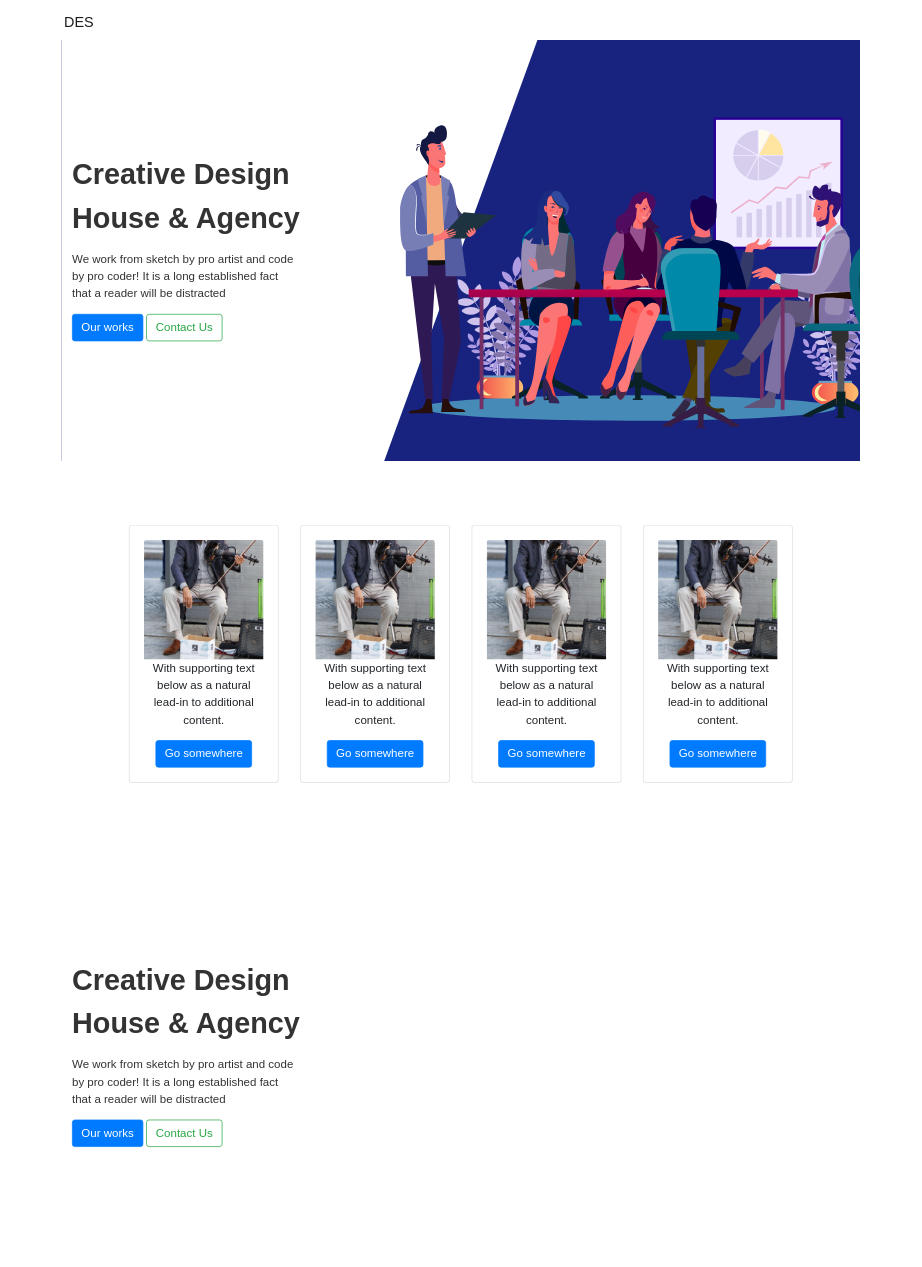
Repository: stephenkayade/Tarm
Page: index.html
The author's editor kept a copy of each file at every save. The page is drawn from the files as they stood at one save, then again after the next save.
The browser window is 1280 px wide. The pictures show the whole page, at 72% of full size.

Above is the page before, as saved 2020-05-07 12:16:16.

### index.html
<!DOCTYPE html>
<html lang="en">

<head>
    <meta charset="UTF-8">
    <meta name="viewport" content="width=device-width, initial-scale=1.0">
    <link rel="stylesheet" href="https://stackpath.bootstrapcdn.com/bootstrap/4.4.1/css/bootstrap.min.css"
        integrity="sha384-Vkoo8x4CGsO3+Hhxv8T/Q5PaXtkKtu6ug5TOeNV6gBiFeWPGFN9MuhOf23Q9Ifjh" crossorigin="anonymous">
    <script src="https://code.jquery.com/jquery-3.4.1.slim.min.js"
        integrity="sha384-J6qa4849blE2+poT4WnyKhv5vZF5SrPo0iEjwBvKU7imGFAV0wwj1yYfoRSJoZ+n"
        crossorigin="anonymous"></script>

    <script src="https://stackpath.bootstrapcdn.com/bootstrap/4.4.1/js/bootstrap.min.js"
        integrity="sha384-wfSDF2E50Y2D1uUdj0O3uMBJnjuUD4Ih7YwaYd1iqfktj0Uod8GCExl3Og8ifwB6"
        crossorigin="anonymous"></script>
    <link rel="stylesheet" href="https://stackpath.bootstrapcdn.com/font-awesome/4.7.0/css/font-awesome.min.css">
    <link rel="stylesheet" href="css/style.css">
    <title>Document</title>
</head>

<body>
    <div class="container">

        <section id="nav-bar">
            <nav class="navbar navbar-expand-lg navbar-light">
                <!-- <h1>DES</h1> -->
                <h1><a class="navbar-brand ml-1" href="#">DES</a></h1>
                <button class="navbar-toggler" type="button" data-toggle="collapse" data-target="#navbarNav"
                    aria-controls="navbarNav" aria-expanded="false" aria-label="Toggle navigation">
                    <i class="fa fa-bars"></i>
                </button>

                <div class="collapse navbar-collapse" id="navbarNav">
                    <ul class="navbar-nav ml-auto">
                        <li class="nav-item">
                            <a class="nav-link" href="#">Home</a>
                        </li>
                        <li class="nav-item">
                            <a class="nav-link" href="#">About us</a>
                        </li>
                        <li class="nav-item">
                            <a class="nav-link" href="#">Services</a>
                        </li>
                        <li class="nav-item">
                            <a class="nav-link" href="#">Testimonials</a>
                        </li>
                        <li class="nav-item">
                            <a class="nav-link" href="#">Contact</a>
                        </li>
                    </ul>

                </div>
            </nav>

        </section>

        <!---------------------------banner---------------------------->
        <section id="banner">
            <div class="container">
                <div class="row">
                    <div class="col-md-6">
                        <p class="promo-title">Creative Design <br>House & Agency</p>
                        <p>We work from sketch by pro artist and code <br>
                            by pro coder! It is a long established fact <br>
                            that a reader will be distracted</p>
                        <div class="btn-control">
                            <div class="btn btn-primary">Our works</div>
                            <div class="btn btn-outline-success">Contact Us</div>
                        </div>
                    </div>

                </div>
            </div>
        </section>

        <section id="img">
            <div class="row">
                <div class="col-md-auto">
                    <div class="card text-center" style="width: 13rem;">
                        <div class="card-body">
                            <img src="./img/man-street-sitting-hat-2995066.jpg" class="card-img-top" alt="...">

                            <p class="card-text">With supporting text below as a natural lead-in to additional content.</p>
                            <a href="#" class="btn btn-primary">Go somewhere</a>
                        </div>
                    </div>
                </div>
                <div class="col-md-auto">
                    <div class="card text-center" style="width: 13rem;">
                        <div class="card-body">
                            <img src="./img/man-street-sitting-hat-2995066.jpg" class="card-img-top" alt="...">

                            <p class="card-text">With supporting text below as a natural lead-in to additional content.</p>
                            <a href="#" class="btn btn-primary">Go somewhere</a>
                        </div>
                    </div>
                </div>
                <div class="col-md-auto">
                    <!-- <div class="card" style="width: 12rem;">
                        <img src="./img/man-street-sitting-hat-2995066.jpg" class="card-img-top" alt="...">
                        <span class="card-img-top"><i class="fas fa-folder-open"></i></span>
                        <div class="card-body">
                            <h5 class="card-title text-center">Card title</h5>
                            <p class="card-text text-center">Lorem ipsum dolor sit amet consectetur, adipisicing elit. Eligendi, nisi!</p>
                            <a href="#" class="btn btn-primary ">Learn More</a>
                        </div>
                    </div> -->

                    <div class="card text-center" style="width: 13rem;">
                        <div class="card-body">
                            <img src="./img/man-street-sitting-hat-2995066.jpg" class="card-img-top" alt="...">

                            <p class="card-text">With supporting text below as a natural lead-in to additional content.</p>
                            <a href="#" class="btn btn-primary">Go somewhere</a>
                        </div>
                    </div>
                </div>
                <div class="col-md-auto">
                    <div class="card text-center" style="width: 13rem;">
                        <div class="card-body">
                            <img src="./img/man-street-sitting-hat-2995066.jpg" class="card-img-top" alt="...">

                            <p class="card-text">With supporting text below as a natural lead-in to additional content.</p>
                            <a href="#" class="btn btn-primary">Go somewhere</a>
                        </div>
                    </div>
                </div>
            </div>
        </section>

        <section id="CEO">
            <div class="container">
                <div class="about-us">

                </div>
                <div class="row">
                    <div class="col-md-6">
                        <p class="promo-title">Creative Design <br>House & Agency</p>
                        <p>We work from sketch by pro artist and code <br>
                            by pro coder! It is a long established fact <br>
                            that a reader will be distracted</p>
                        <div class="btn-control">
                            <div class="btn btn-primary">Our works</div>
                            <div class="btn btn-outline-success">Contact Us</div>
                        </div>
                    </div>

                </div>
            </div>
        </section>
    </div>


</body>

</html>

### css/style.css
*{
    margin: 0;
    padding: 0;
}
body{
    font-family: sans-serif;
}
#nav-bar{
    position: sticky;
    top: 0;
    z-index: 10;
}
.navbar{
    background-image: cross-fade(to right, #fff,#17237f);
    padding: 0 !important;
}
.navbar-brand img{
    height:40px;
    padding-left: 20px;
}
.navbar-nav li{
    padding: 0 10px;

}
.navbar-nav li a{
    color: #fff !important;
    font-weight: 600;
    float: right;
    text-align: left;
}
.fa-bars{
    color: #fff;
    font-size: 30px !important;
}
#img{
    display: flex;
    flex-direction: row;
    justify-content: center;
    padding: 8%
}


/* ------------banner section-------------------- */
#banner{
    background: url('/img/adj.svg') no-repeat center center/cover;
    color: #333;
    padding-top: 5%;
    padding-bottom: 15%;
}
#CEO{
    /* background: url('/img/adj.svg') no-repeat center center/cover; */
    color: #333;
    padding-top: 5%;
    padding-bottom: 15%;
}
.promo-title{
    font-size: 40px;
    font-weight: 600;
    margin-top:100px ;
}
.play-btn{
    width:45px;
    margin: 20px;
}
#banner a{
    color: #fff;
    text-decoration: none;
}
.bottom-img{
    width: 100%;
}
/* ---------------------services section---------------------- */
#services{
    padding: 80px 0;
}
.service-img{
    width: 140px;
    margin-top: 20px;
}
.services{
    padding: 20px;
}
.services h4{
    padding: 5px;
    margin-top: 25px;
    text-transform: uppercase;
}
.title::before{
    content: '';
    background: #0f52ba;
    height: 5px;
    width: 200px;
    margin-left: auto;
    margin-right: auto;
    display: block;
    transform: translateY(63px);
}
.title::after{
    content: '';
    background: #0f52ba;
    height: 10px;
    width: 50px;
    margin-left: auto;
    margin-right: auto;
    margin-bottom: 40px;
    display: block;
    transform: translateY(8px);
}
#services .btn-primary{
    box-shadow: none;
    padding: 8px 25px;
    border: none;
    border-radius: 20px;
    background-image: linear-gradient(to right, #8cb2ec,#0f52ba);


}

After the next save:
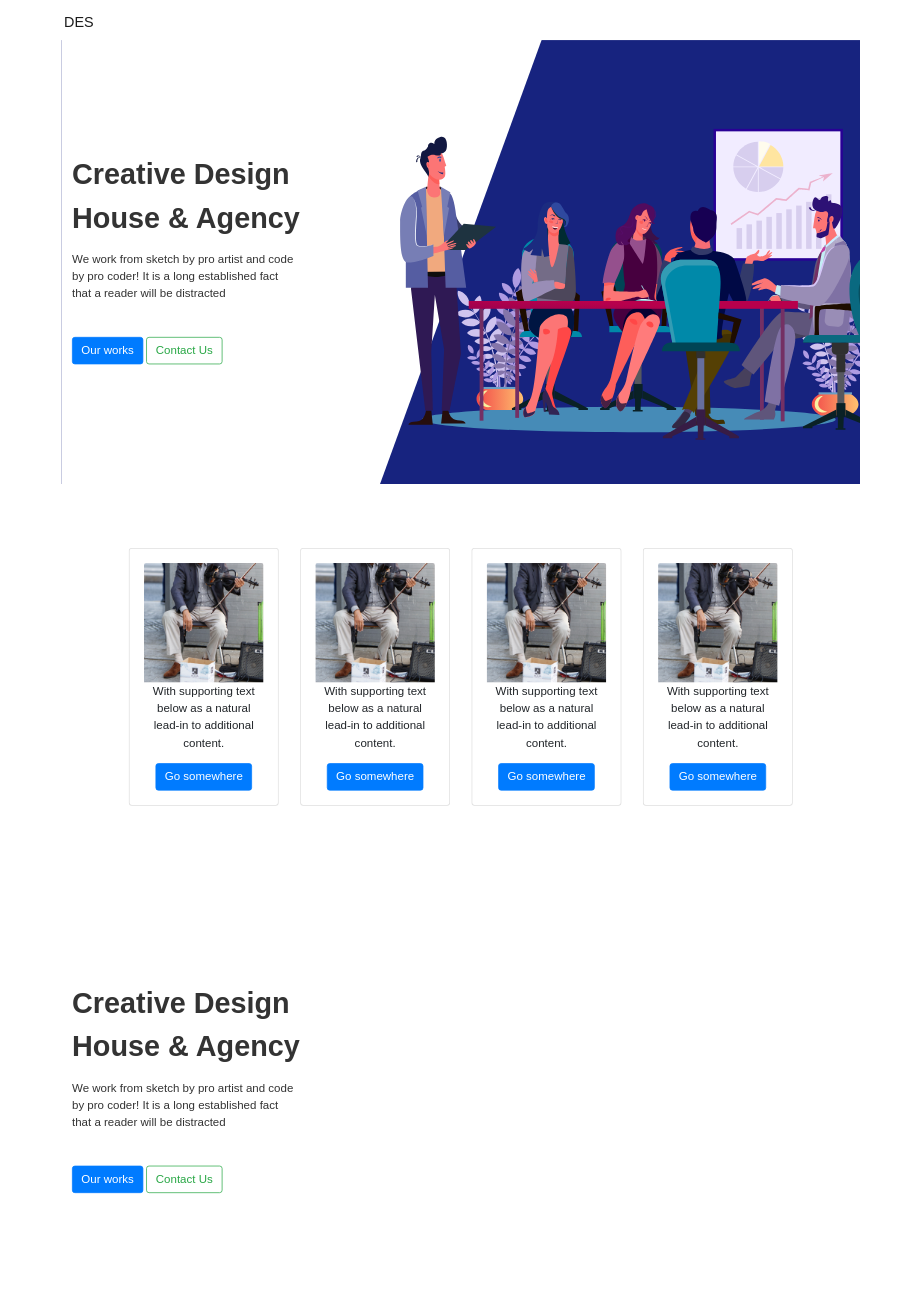
Saved 111 s later.
--- a/css/style.css
+++ b/css/style.css
@@ -69,6 +69,9 @@ body{
 .bottom-img{
     width: 100%;
 }
+.btn-control{
+    padding-top: 2rem;
+}
 /* ---------------------services section---------------------- */
 #services{
     padding: 80px 0;
